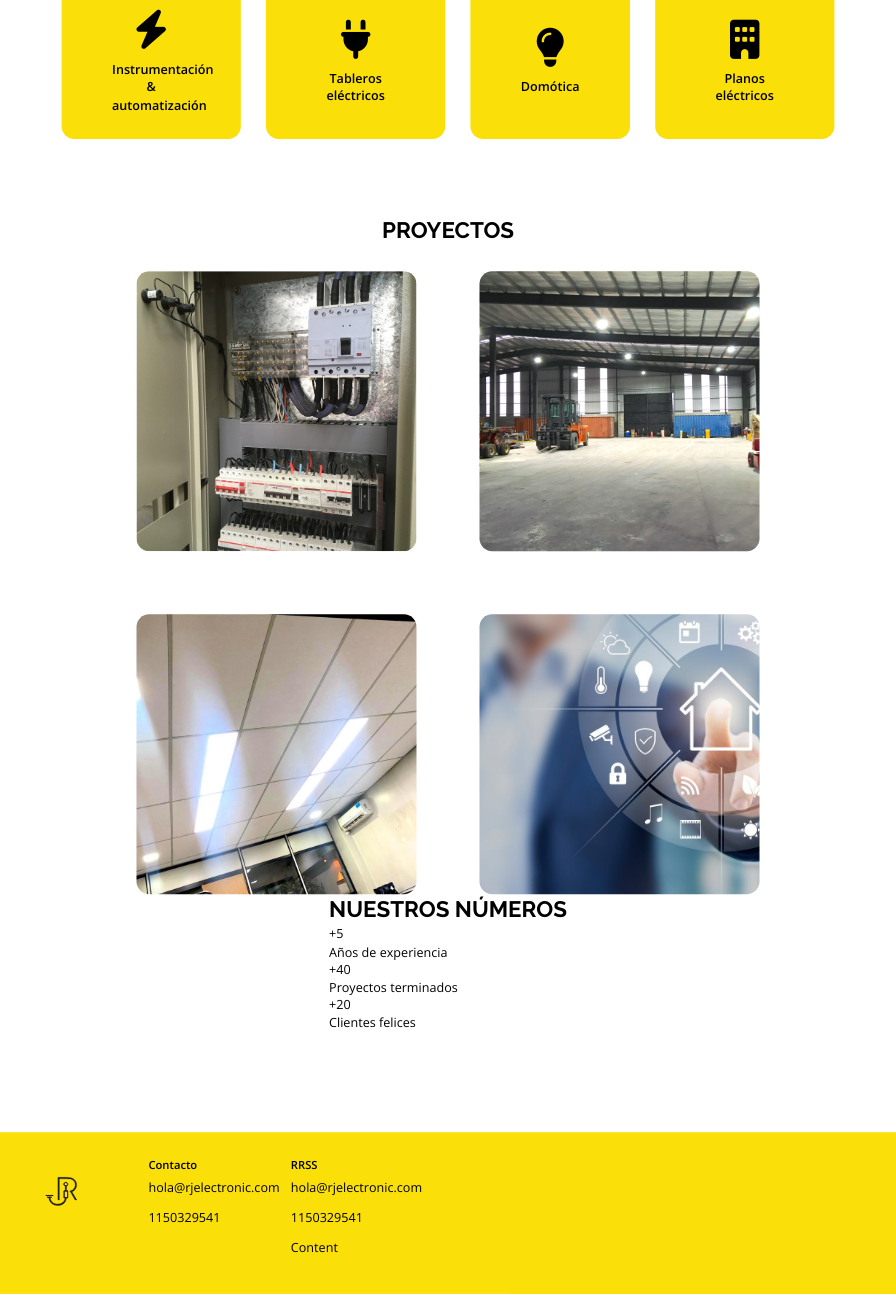
Repository: jeraldinnemg/rjelectronics
Page: index.html
The author's editor kept a copy of each file at every save. The page is drawn from the files as they stood at one save, then again after the next save.
The browser window is 1280 px wide. The pictures show the part of the page from y = 839 to 2759 px (the page is 2687 px tall before and 2759 px after), at 70% of full size.
Some web libraries are served in a nearby version.

Above is the page before, as saved 2022-07-27 20:21:02.

### index.html
<!DOCTYPE html>
<html lang="en">
<head>
    <meta charset="UTF-8">
    <meta http-equiv="X-UA-Compatible" content="IE=edge">
    <meta name="viewport" content="width=device-width, initial-scale=1.0">
    <link rel="shortcut icon" href="favicon.ico" type="image/x-icon">
    <!-- Google fonts -->
    <link rel="preconnect" href="https://fonts.googleapis.com">
    <link rel="preconnect" href="https://fonts.gstatic.com" crossorigin>
<link href="https://fonts.googleapis.com/css2?family=Open+Sans:wght@300;400;500;600&family=Raleway:wght@300;400;500;600;700;800&display=swap" rel="stylesheet">
<link rel="stylesheet" href="https://cdnjs.cloudflare.com/ajax/libs/font-awesome/6.1.1/css/all.min.css" integrity="sha512-KfkfwYDsLkIlwQp6LFnl8zNdLGxu9YAA1QvwINks4PhcElQSvqcyVLLD9aMhXd13uQjoXtEKNosOWaZqXgel0g==" crossorigin="anonymous" referrerpolicy="no-referrer" />
    <!-- Custom system -->
    <link rel="stylesheet" href="index.css">
    <script src="https://kit.fontawesome.com/05b8218d7f.js" crossorigin="anonymous"></script>


    <script src="navigation.js" defer></script>
    <script src="tabs.js" defer></script>

    <title>RJ Electronics</title>
</head>
<body>
    <header class="primary-header flex">
            <a href="#">
                <img class="logo" width="50px" height="50px"src="/img/logo.svg" alt="">
            </a>
            <button class="mobile-nav-toggle" aria-controls="primary-navigation"><span class="sr-only" aria-expanded="false">Menu</span></button>
            <nav >
                <ul class="primary-navigation flex" data-visible="false">
                    <li><a href="#" class="uppercase text-dark ff-serif">Acerca de</a></li>
                    <li><a href="#" class="uppercase text-dark ff-serif">Servicios</a></li>
                    <li><a href="#" class="uppercase text-dark ff-serif">Proyectos</a></li>
                    <li><a href="#" class="uppercase text-dark ff-serif">Contacto</a></li>
                </ul>
            </nav>
    </header>

    <main class="grid-container grid-container--home">
        <section class="hero">
            <div class="container flex">
                <!-- CTA-1 -->
                <article class="a-self" id="lampara-tab" role="tabpanel" tabindex="0">
                    <h1 class="ff-serif fs-700">Ofrecemos Soluciones Electrónicas Integrales para tu hogar</h1>
                    <p class="ff-sans fs-400">Diseñamos y construimos una solución para cualquier necesidad, falla o problema electrónico industrial, comercial o residencial.</p>
                    <a href="#" class="button"><span>Me interesa</span></a>
                </article>
                <!-- CTA-2 -->
                <article hidden class="a-self" id="destornillador-tab" role="tabpanel" tabindex="0">
                    <h2 class="ff-serif fs-700">Creamos espacios luminosos a tu medida</h2>
                    <p class="ff-sans fs-400">Nos encargamos de calcular los lumens necesarios para que obtengas un espacio con luz de calidad.</p>
                    <a href="#" class="button"><span>Ver más</span></a>
                </article>
                <!-- CTA-3 -->
                <article hidden class="a-self" id="interruptor-tab" role="tabpanel" tabindex="0">
                    <h2 class="ff-serif fs-700">Creamos ambientes inteligentes</h2>
                    <p class="ff-sans fs-400">Nos encargamos de automatizar espacios y lugares de manera fácil y rápida.</p>
                    <a href="#" class="button"><span>Me interesa</span></a>
                </article>
                <picture class= "hero__image" id="lampara-image">
                    <img src="/img/lampara.png" alt="lampara" >
                </picture>
                <picture class= "hero__image" hidden id="destornillador-image">
                    <img src="/img/destornillador.png" alt="destornillador">
                </picture>
                <picture class= "hero__image" hidden id="interruptor-image">
                    <img src="/img/interruptor.png" alt="interruptor">
                </picture>
            </div>
            <!-- Dots -->
            <div class="dot-indicators flex" role="tablist" aria-label="services list">
                <button aria-selected="true" aria-controls="lampara-tab" data-image="lampara-image" role="tab" tabindex="0"><span class="sr-only">Lampara</span></button>
                <button aria-selected="false" aria-controls="destornillador-tab" data-image="destornillador-image" role="tab" tabindex="-1"><span class="sr-only">destornillador</span></button>
                <button aria-selected="false" aria-controls="interruptor-tab" data-image="interruptor-image" role="tab" tabindex="-1"><span class="sr-only">Interruptor</span></button>
            </div>
        </section>

        <section class="services">
            <h2 class="ff-serif fs-600 uppercase">Servicios</h2>
            <div class="container">
                <article class="card flex">
                    <i class="fa-solid fa-bolt fs-700"></i>
                    <div class="card-body">
                        <h2 class="card-title fs-400">Instrumentación & automatización</h2>

                    </div>
                </article>
                <article class="card flex">
                    <i class="fa-solid fa-plug fs-700 "></i>
                    <div class="card-body">
                        <h2 class="card-title fs-400">Tableros eléctricos</h2>

                    </div>
                </article>
                <article class="card flex">
                    <i class="fa-solid fa-lightbulb fs-700"></i>
                    <div class="card-body">
                        <h2 class="card-title fs-400">Domótica</h2>

                    </div>
                </article>
                <article class="card flex">
                    <i class="fa-solid fa-building  fs-700"></i>
                    <div class="card-body">
                        <h2 class="card-title fs-400">Planos eléctricos</h2>

                    </div>
                </article>
        </div>
        </section>
        <section class="projects">
            <h2 class="ff-serif fs-600 uppercase">Proyectos</h2>
            <div class="projects-container grid">
                <article class="project" style="background-image: url('/img/servicio-electricidad.JPG')">
                    <div class="project-overlay">
                    <h2 class="overlay-text fs-600 uppercase" >Tablero eléctrico</h2>
                    </div>
                </article>
                <article class="project" style="background-image: url('/img/trabajos-iluminacion-galpon.JPG')">
                    <div class="project-overlay">
                        <h2 class="overlay-text fs-500 uppercase">Iluminación industrial</h2>
                    </div>
                </article>
                <article class="project" style="background-image: url('/img/iluminacion-oficinas.jpeg') ">
                    <div class="project-overlay">
                        <h2 class="overlay-text fs-500 uppercase">Iluminación de oficina</h2>
                    </div>
                </article>
                <article class="project" style="background-image: url('/img/servicios-domotica.jpg') ">
                    <div class="project-overlay">
                        <h2 class="overlay-text fs-500 uppercase">Domótica en casa</h2>
                    </div>
                </article>
        </div>
        </section>
        <section class="statics">
            <h2 class="ff-serif fs-600 uppercase">Nuestros números</h2>
            <div class="container"></div>
            <div>
                <span>+5</span>
                <p>Años de experiencia</p>
            </div>
            <div>
                <span>+40</span>
                <p>Proyectos terminados</p>
            </div>
            <div>
                <span>+20</span>
                <p>Clientes felices</p>
            </div>
        </section>

    </main>


    <footer class="flex">
        <a href="#">
            <img class="logo" width="50px" height="50px"src="/img/logo.svg" alt="">
        </a>
        <div class="col">
            <h3>Contacto</h3>
                <p>hola@rjelectronic.com</p>
                <p>1150329541</p>
        </div>
        <div class="col">
            <h3>RRSS</h3>
                <p>hola@rjelectronic.com</p>
                <p>1150329541</p>
                <p>Content</p>
        </div>
    </footer>

</body>
</html>

### index.css
/* ----------------------- */
/* --Custom properties---- */
/* ----------------------- */

:root {
   /*colors*/
   --clr-dark: 0 0% 0%;
   --clr-main: 53 97% 51%;
   --clr-secondary: 25 100% 52%;
   --clr-white: 0 0% 100%;


/*font-sizes*/
--fs-1000: 9.375rem; /*150x*/
--fs-900: 6.25rem; /*100px*/
--fs-800: 4.5rem; /*72px*/
--fs-700: 3.5rem; /*56px*/
--fs-600: 2rem; /*32px*/
--fs-500: 1.75rem; /*28px*/
--fs-400: 1.125rem; /*18px*/
--fs-300: 1rem; /*16px*/
--fs-200: 0.875rem; /*14px*/

/*font-family*/
--ff-serif: "Raleway", serif;
--ff-sans: "Open sans", sans-serif;


}

.uppercase {
    text-transform: uppercase;
}

/* -------------- */
/* -----RESET---- */
/* -------------- */

*,
*::before,
*::after {
    box-sizing: border-box;
}

/* Reset margins */
h1,
h2,
h3,
h4,
h5,
body,
p,
picture,
figure {
    margin:0;
}

/* Set up the body  */

body {
    font-family: var(--ff-sans);
    font-size: var(--fs-400);
    color:hsl(var(--clr-dark));
    line-height: 1.4;
    min-height: 100vh;

    display: grid;
    grid-template-rows: min-content 1fr;

    overflow-x:hidden;
}

/* Make images easier to work */
img,
picture {
    max-width: 100%;
}

/* Make form elements easier to work*/
input,
select,
button,
textarea {
    font: inherit;
}

/* Remove all animations, transitions and smooth scroll for people that prefer not to see them (Accesibility Recourse piccali.li*/
@media (prefers-reduced-motion: reduce) {
    html:focus-within {
     scroll-behavior: auto;
    }

    *,
    *::before,
    *::after {
      animation-duration: 0.01ms !important;
      animation-iteration-count: 1 !important;
      transition-duration: 0.01ms !important;
      scroll-behavior: auto !important;
    }
  }

/* ------------------ */
/* -UTILITY CLASES-- */
/* ----------------- */

.flex {
    display: flex;
    gap: var(--gap, 1rem);
}

.grid {
    display: grid;
    gap: var(--gap, 1rem);
}

.a-self{
    align-self: center;
}

.container {
    padding-inline: 1em;
    margin-inline: auto;
    max-width: 80rem;

    display: flex;
    flex-direction: column;
}

.dot-indicators{
    justify-content: center;
}

.hero{
    margin-top: 2em;
}


.sr-only {
    position: absolute;
    width: 1px;
    height: 1px;
    padding: 0;
    margin: -1px;
    overflow: hidden;
    clip: rect (0,0,0,0);
    white-space: nowrap; /*added line*/
    border: 0;
}

/*Colors */

.bg-dark { background-color: hsl(var(--clr-dark));}
.bg-yellow {background-color: hsl(var(--clr-yellow));}
.bg-white { background-color: hsl(var(--clr-white));}

.text-dark { color: hsl(var(--clr-dark));}
.text-dark { color: hsl(var(--clr-dark));}
.text-dark { color: hsl(var(--clr-dark));}

/*Typography */

.ff-serif {font-family: var(--ff-serif);}
.ff-sans {font-family: var(--ff-sans);}

.letter-spacing-1  {letter-spacing: 4.75px;}
.letter-spacing-2  {letter-spacing: 2.7px;}
.letter-spacing-1  {letter-spacing: 2.35px;}

.fs-900 {font-size: var(--fs-900);}
.fs-800 {font-size: var(--fs-800);}
.fs-700 {font-size: var(--fs-700);}
.fs-600 {font-size: var(--fs-600);}
.fs-500 {font-size: var(--fs-500);}
.fs-400 {font-size: var(--fs-400);}
.fs-300 {font-size: var(--fs-300);}
.fs-200 {font-size: var(--fs-200);}

.fw-400 {font-weight: 400;}
.fw-500 {font-weight: 500;}

/* --------------- */
/* Utility classes */
/* --------------- */

/* General */

.flex {
    display: flex;
    gap: var(--gap, 1rem);
}

.flex.even-columns > * {
    width: 100%;
}

.grid {
    display: grid;
    gap: var(--gap, 1rem);
}

.d-block {
    display: block;
}

/* ----------------- */
/* ---COMPONENT----- */
/* ----------------- */

/* Primary header */

.logo{
    margin: 1.5rem clamp(1.5rem, 5vw, 4rem);
}

.primary-header{
    align-items:center;
    justify-content: space-between;
    background-color: hsl(var(--clr-main));
}

.primary-navigation{
    --gap: clamp(1.5rem, 5vw, 3.5rem);
    list-style: none;
    text-decoration: none;
    padding: 0;
    margin:0;
}

.primary-navigation a, footer a{
    text-decoration: none;
    margin-right: 1em;
}

.mobile-nav-toggle{
    display: none;
}

@media(max-width:35em){
    .primary-navigation{
        --underline-gap: 0.5rem;
        position: fixed;
        inset: 0 0 0 20%;
        z-index:1000;
        padding: min(20rem, 15vh);
        margin:0;
        z-index:1000;
        list-style: none;
        flex-direction: column;
        background-color: hsl(var(--clr-main));
        transform: translateX(100%);
        transition: transform ease-in-out;

    }

    .primary-navigation[data-visible='true']{
        transform: translateX(0);
    }

    .mobile-nav-toggle {
        display: block;
        position: absolute;
        z-index:2000;
        right: 2rem;
        top: 2rem;
        background: transparent;
        background-image: url(/img/icon-hamburger.svg);
        background-repeat:no-repeat;
        background-position: center;
        width: 1.5rem;
        aspect-ratio:1;
        border: 0;
        cursor: pointer;
    }

    .mobile-nav-toggle[aria-expanded='true']{
        background-image: url(/img/icon-close.svg);
    }

    .mobile-nav-toggle:focus-visible{
        outline:5px solid white;
        outline-offset: 5px;
    }
}

@media (min-width: 35em){
    .primary-navigation{
        padding-inline: clamp(3rem, 7vw, 7rem);
    }
}

@media(min-width: 45em){
    .primary-navigation{
        margin-block:2rem;
    }
}



/* ---------- */
/* Button     */
/* --------- */

 .button {
    display: inline-flex;
	background: hsl(var(--clr-dark));
    padding: 1em 2em;
    border-radius: 2em;
    color: hsl(var(--clr-white));
	position: relative;
    text-decoration: none;
    transition: 0.3s ease all;
	position:relative;
	overflow:hidden;
    margin-top: 1.5em;
}

.button span {
	position:relative;
	z-index:2;
	transition: 0.3s ease all;
}

.button::after {
	content: "";
	width: 100%;
	height:100%;
	background: hsl(var(--clr-secondary));
	position: absolute;
	z-index: 1;
	top: -80px;
	left: 0;
	transition: 0.3s ease-in-out all;
}

.button:hover::after{
	top:0;
	}
/* ---------- */
/* Dots     */
/* --------- */

.dot-indicators > * {
        cursor: pointer;
        border: 0;
        border-radius: 50%;
        padding: .5em;
        background-color: hsl(var(--clr-dark)/ .25) ;
 }

.dot-indicators > *:hover,
.dot-indicators > *:focus {
        background-color: hsl(var(--clr-secondary)/ .5);
    }

.dot-indicators > [aria-selected="true"] {
        background-color: hsl( var(--clr-secondary) / 1);
    }

/* ---------- */
/* Card     */
/* --------- */
.card{
    background-color: hsl( var(--clr-main));
    padding: 2em 4em;
    margin: 2em 0em;
    border-radius: 1em;
    flex-direction: column;
}

i:hover{
    color: hsl( var(--clr-secondary));
}

.services, .projects{
    text-align: center;
    margin-top: 4em;
}

/* -------------------------*/
/* -------projects ----------- */
/* -------------------------*/

.projects-container{
    grid-template-columns: repeat(1, 1fr);
    margin-top: 2em;
}

.projects-container >article{
    position: relative;

    min-width: 400px;
    min-height: 400px;
    background-size: cover;
    background-repeat: no-repeat;
    background-position: center center;
    border-radius: 1em;
}

.projects .project .project-overlay{
    width: 0%;
	height: 100%;
	position: absolute;
	bottom: 0;
	left: 0;
	right: 0;
	background: hsl( var(--clr-main));
	overflow: hidden;
	transition: .5s ease;
}

.projects .project:hover .project-overlay {
    width: 100%;
    opacity: 0.8;
}

.overlay-text {
	top: 50%;
	left: 50%;

	position: absolute;
	white-space: nowrap;
	color: hsl(var(--clr-dark));
	transform: translate(-50%, -50%);
	overflow: hidden;
	border-top: 1px solid #fff;
	border-bottom: 1px solid #fff;
}




/* -------------------------*/
/* -------footer ----------- */
/* -------------------------*/
footer{
    background-color: hsl( var(--clr-main));
    color: hsl( var(--clr-dark));
    padding: 2em 0em;
}

footer p{
    font-family: var(--ff-sans-normal);
    font-size: var(--fs-100);
    margin-bottom: 1em;

}

footer h3{
    font-size: var(--fs-300);
    color: var(--clr-secundary);
    margin-bottom: 0.5em;
}

footer div:first-child{
    align-items: flex-start;
}

/* -------------------------*/
/* -------Layout----------- */
/* -------------------------*/

.grid-container {
    display: grid;
    text-align: center;
    place-items:center;
    padding-inline: 1rem;
    padding-bottom: 4rem;
}

.grid-container  p:not([class]) {
    max-width: 50ch;
}


@media (min-width: 45em){
    .grid-container {
        text-align: left;
        column-gap: var(--container-gap, 2rem);
        grid-template-columns: minmax(1rem, 1fr)
        repeat (2, minmax((0, 30rem)) minmax(1rem, 1fr));
    }
    .grid-container--home {
        padding-bottom: max(6rem, 20vh);
        align-items: left;
    }
    .container {
        flex-direction: row;
        gap: 2em;
    }

    .hero__image{
        max-width: 40%;
    }

    .card{
        max-width: 20vw;
        flex-direction: column;
        justify-content: center;
    }

    .projects-container{
        grid-template-columns: repeat(2, 1fr);
        gap: 5em;
    }













}

### navigation.js
// javascript

const nav = document.querySelector(".primary-navigation");
const navToggle = document.querySelector('.mobile-nav-toggle');


// when someone clicks the hamburguer button

navToggle.addEventListener('click', () => {

// if the nav is closed, open it

    const visibility = nav.getAttribute("data-visible");

    if (visibility === 'false') {
        nav.setAttribute('data-visible', true);
        navToggle.setAttribute('aria-expanded', true);
    } else {
        nav.setAttribute('data-visible', false);
        navToggle.setAttribute('aria-expanded', false);

    }
});

### tabs.js
const tabList = document.querySelector('[role="tablist"]');
const tabs = tabList.querySelectorAll('[role="tab"]');

tabList.addEventListener('keydown', changeTabFocus);

tabs.forEach((tab) => {
    tab.addEventListener('click', changeTabPanel);
});


let tabFocus = 0;
function changeTabFocus(e) {
    const keydownLeft = 37;
    const keydownRight = 39;

    if (e.keyCode === keydownLeft || e.keyCode === keydownRight) {
        tabs[tabFocus].setAttribute("tabindex", -1);
    }

    if (e.keyCode === keydownRight) {
        tabFocus++;
        if (tabFocus >= tabs.length) {
            tabFocus = 0;
        }
    } else if (e.keyCode === keydownLeft) {
        tabFocus--;
        if (tabFocus < 0) {
            tabFocus = tabs.length - 1;
        }
    }

    tabs[tabFocus].setAttribute("tabindex", 0);
    tabs[tabFocus].focus();
}


function changeTabPanel(e) {
    const targetTab = e.target;
    const targetPanel = targetTab.getAttribute("aria-controls");
    const targetImage = targetTab.getAttribute("data-image");

    const tabContainer = targetTab.parentNode;
    const mainContainer = tabContainer.parentNode;

    tabContainer
    .querySelector('[aria-selected="true"]')
    .setAttribute("aria-selected", false);

    targetTab.setAttribute("aria-selected", true);

    hideContent(mainContainer, '[role="tabpanel"]');
    showContent(mainContainer, [`#${targetPanel}`]);
    //mainContainer
    //    .querySelectorAll('[role="tabpanel"]')
    //    .forEach((panel) => panel.setAttribute("hidden", true));


    hideContent(mainContainer, 'picture');
    showContent(mainContainer, [`#${targetImage}`]);

    //mainContainer
    //    .querySelectorAll('picture')
    //    .forEach((picture) => picture.setAttribute("hidden", true));

    //mainContainer.querySelector([`#${targetImage}`]).removeAttribute('hidden');

    // console.log(mainContainer);
}

function hideContent(parent, content){
    parent
    .querySelectorAll(content)
    .forEach((item) => item.setAttribute("hidden", true));

}

function showContent(parent, content){
    parent
    .querySelector(content)
    .removeAttribute('hidden');
}

After the next save:
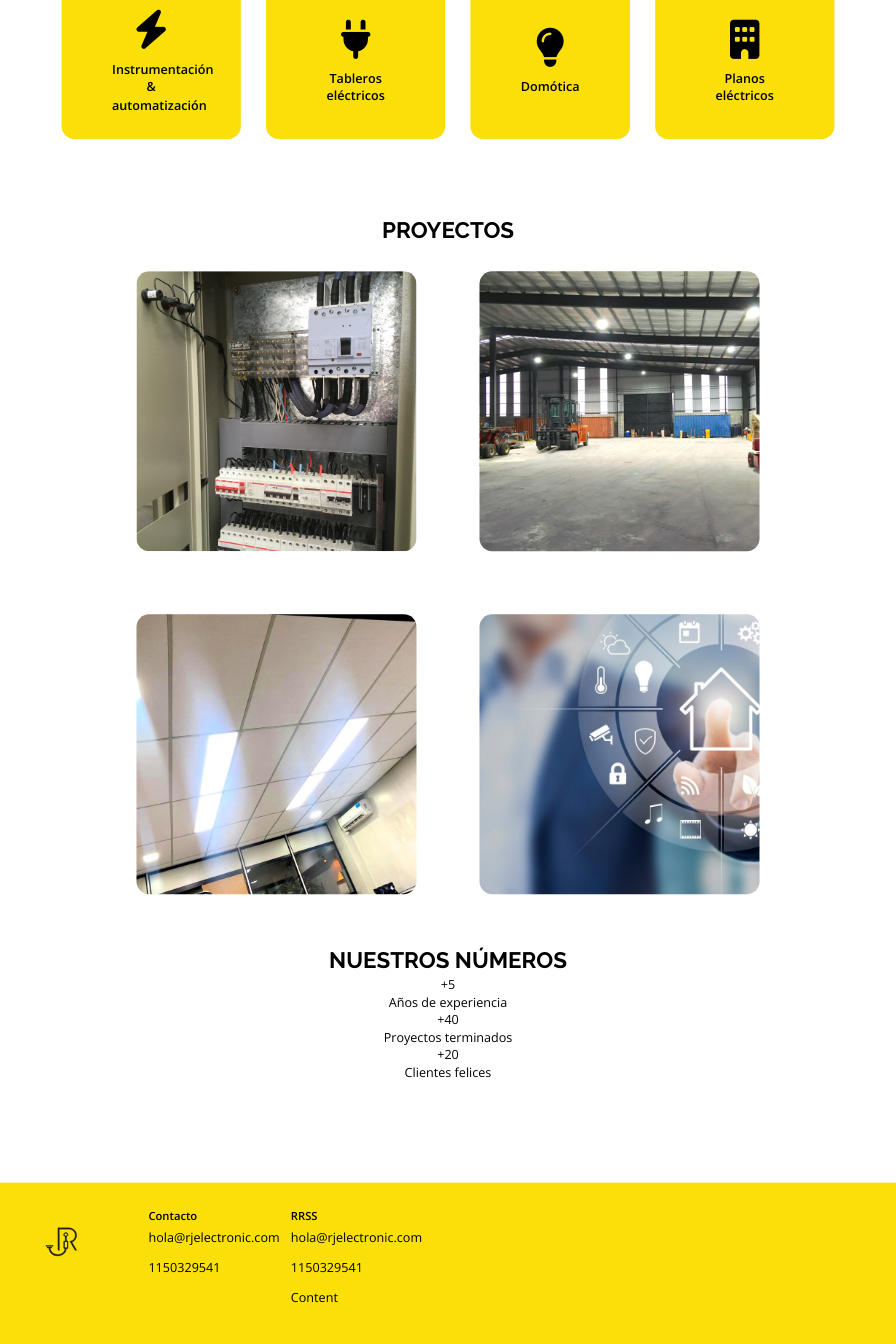
Saved 21 s later.
--- a/index.css
+++ b/index.css
@@ -372,7 +372,7 @@ i:hover{
     color: hsl( var(--clr-secondary));
 }
 
-.services, .projects{
+.services, .projects, .statics{
     text-align: center;
     margin-top: 4em;
 }
